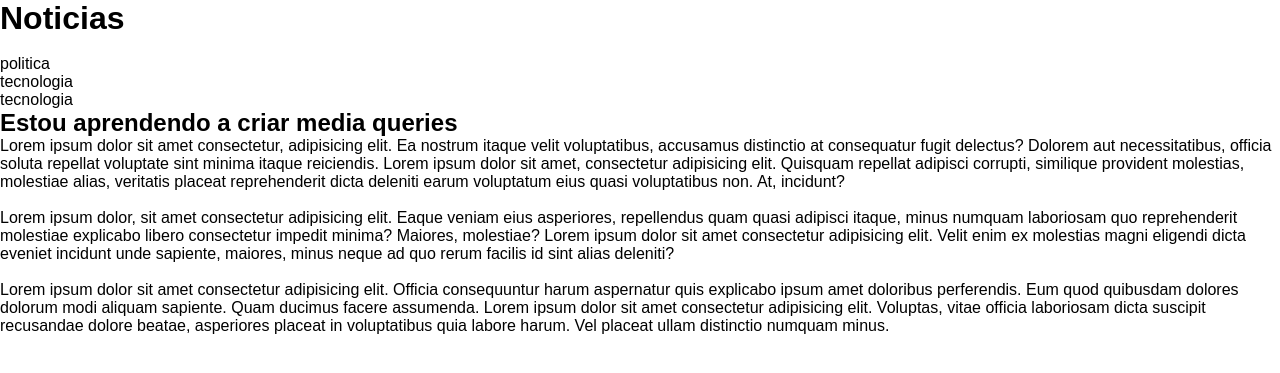
Repository: Lucianorodriguesdev/cursoHTML-CSS
Page: ex026/mq001/index.html
The author's editor kept a copy of each file at every save. The page is drawn from the files as they stood at one save, then again after the next save.
The browser window is 1280 px wide. The pictures show the whole page.

Above is the page before, as saved 2026-07-13 17:14:13.

After the next save:
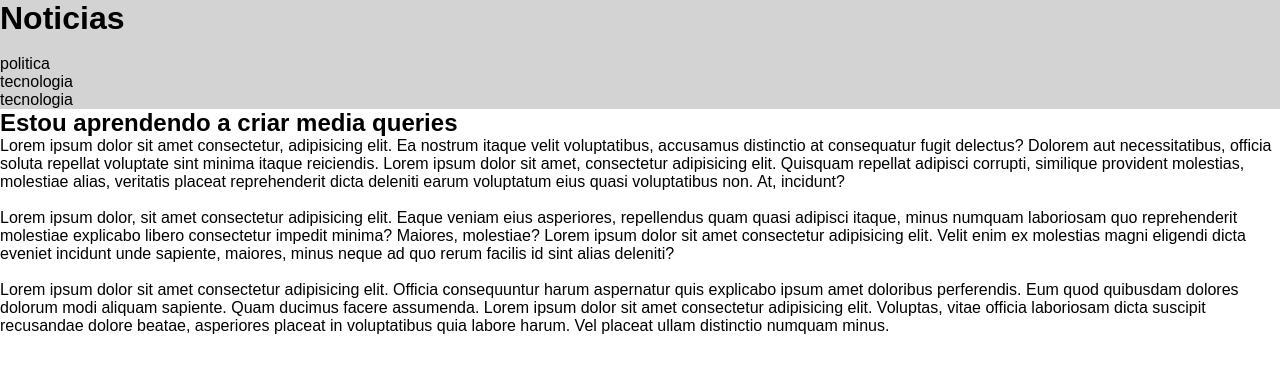
Saved 40 s later.
--- a/ex026/mq001/estilo/tela.css
+++ b/ex026/mq001/estilo/tela.css
@@ -9,3 +9,6 @@ html{
     font-family: Arial, Helvetica, sans-serif;
     font-size: 1em;
 }
+header{
+    background-color: lightgray;
+}
